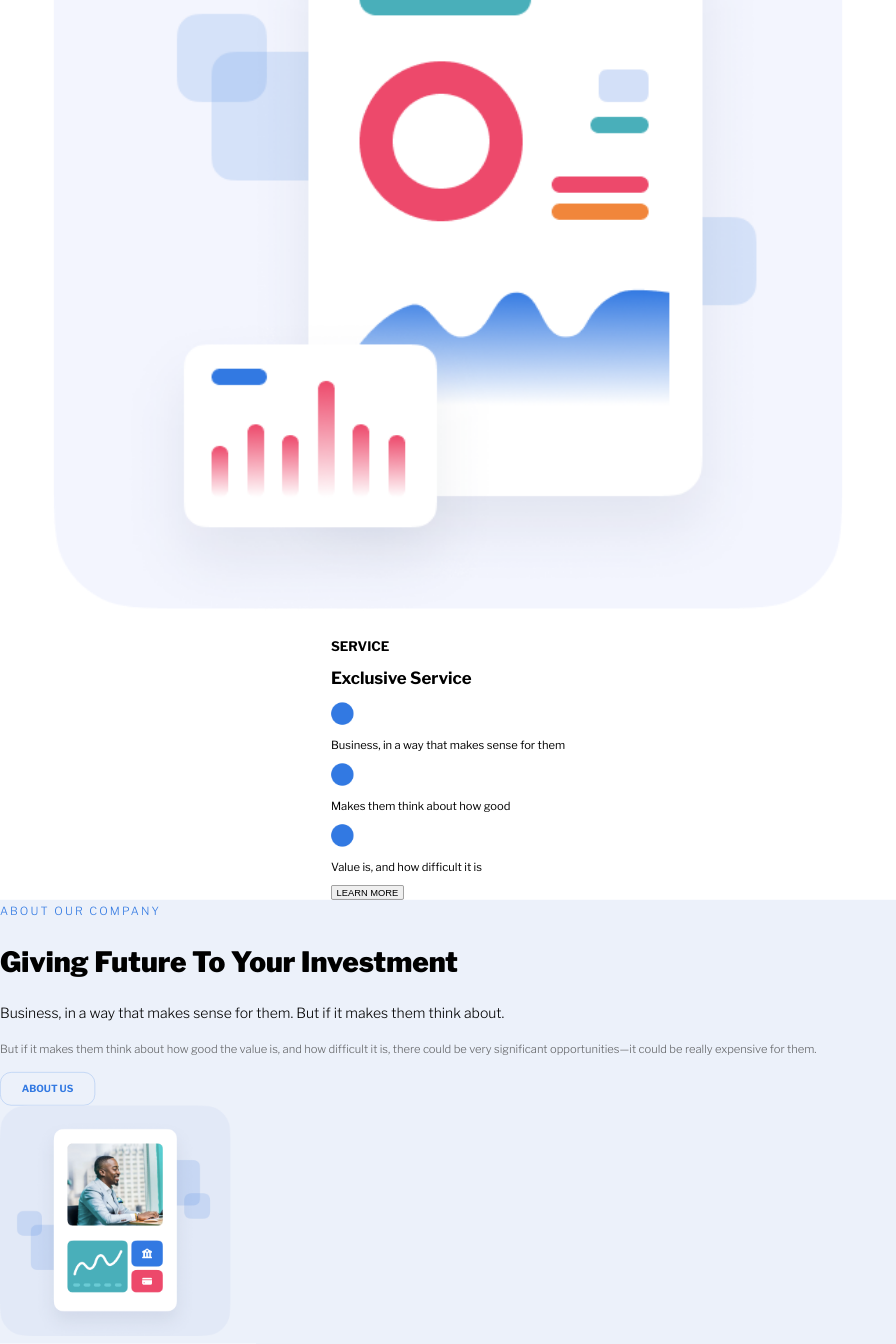
Repository: adryelfelipe/frontend-prova
Page: prova-figma/Prova/index.html
The author's editor kept a copy of each file at every save. The page is drawn from the files as they stood at one save, then again after the next save.
The browser window is 1280 px wide. The pictures show the part of the page from y = 1918 to 3838 px (the page is 3838 px tall), at 70% of full size.

Above is the page before, as saved 2026-06-22 19:04:21.

After the next save:
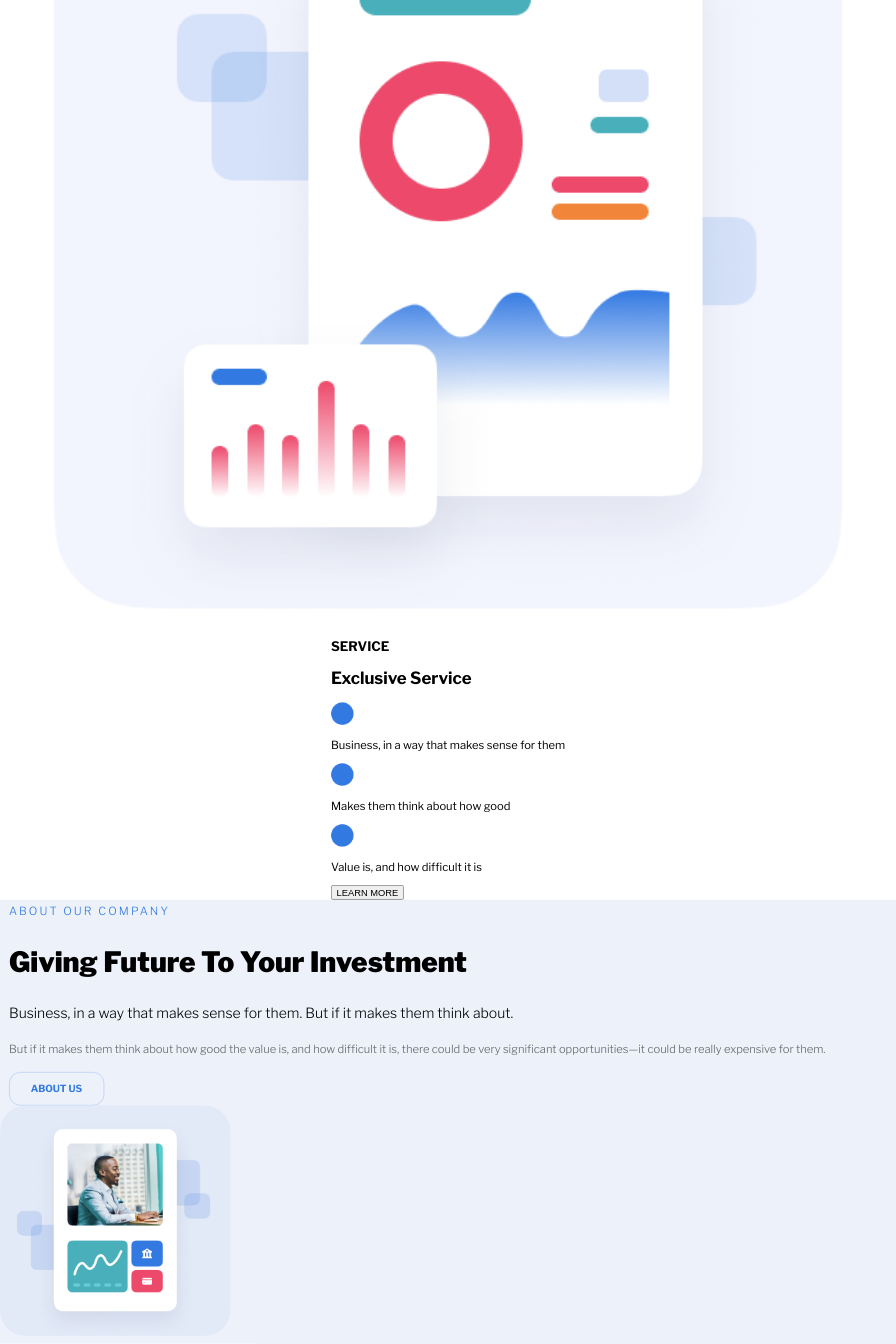
Saved 37 s later.
--- a/prova-figma/Prova/style/style.css
+++ b/prova-figma/Prova/style/style.css
@@ -196,7 +196,7 @@ header h2 {
     color: rgba(51, 51, 51, 0.75);
 }
 
-.company-second-article .company-first-article{
+.company-first-article{
     width: 98%;
     justify-self: center;
 }
